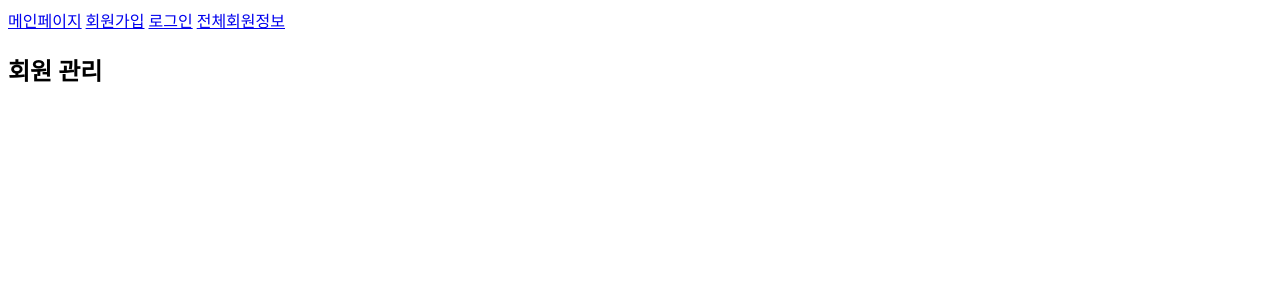
Repository: fellownew/web_workspace
Page: http://localhost/BankSystem_FrontController/
The author's editor kept a copy of each file at every save. The page is drawn from the files as they stood at one save, then again after the next save.
The browser window is 1280 px wide. The pictures show the whole page.
The page is served by Tomcat 9. Nobody is signed in. The application's start-up code is not run. Other server files are loaded and not shown.

Above is the page before, as saved 2015-04-02 05:31:42.

### BankSystem_FrontController/WebContent/index.jsp
<%@ page contentType="text/html; charset=UTF-8" %>
<%@ include file="/WEB-INF/view/menu.jsp" %>
<!DOCTYPE html>
<html>
<head>
<meta charset="UTF-8">
<title>Main page</title>
</head>
<body>
	<h2>회원 관리</h2>



</body>
</html>

### BankSystem_FrontController/WebContent/WEB-INF/view/menu.jsp
<%@ page contentType="text/html; charset=UTF-8" %>
<a href="/MemberManager_team1/index.jsp">메인페이지</a>
<a href="/MemberManager_team1/controller?command=link&path=/WEB-INF/view/member/register_form.jsp">회원가입</a>
<a href="/MemberManager_team1/controller?command=link&path=/WEB-INF/view/member/login_form.jsp">로그인</a>
<a href="/MemberManager_team1/controller?command=memberAllList">전체회원정보</a>

After the next save:
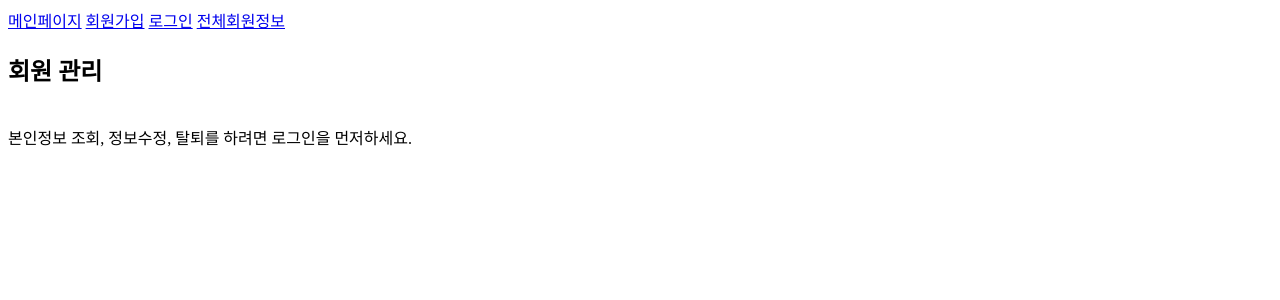
Saved 45 s later.
--- a/BankSystem_FrontController/WebContent/index.jsp
+++ b/BankSystem_FrontController/WebContent/index.jsp
@@ -8,7 +8,8 @@
 </head>
 <body>
 	<h2>회원 관리</h2>
-
+	<br/>
+	본인정보 조회, 정보수정, 탈퇴를 하려면 로그인을 먼저하세요.
 
 
 </body>
